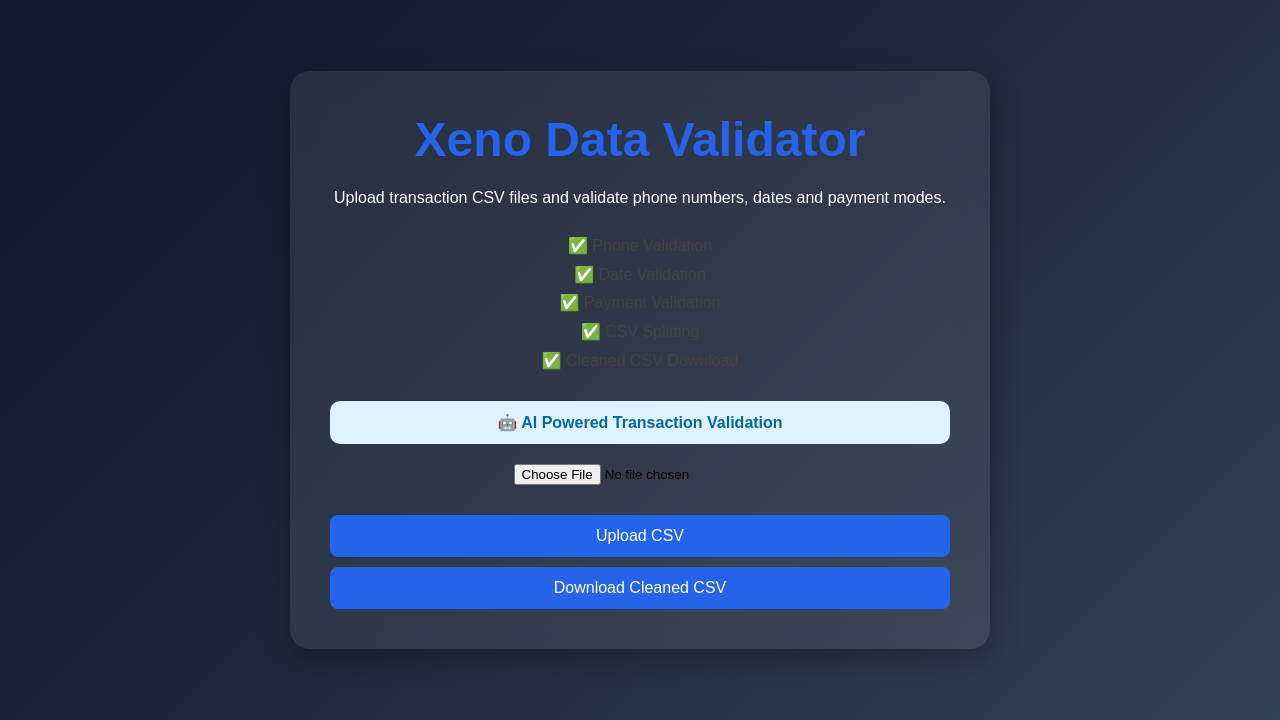
Repository: Aartigarg446/xeno-data-validator
Page: / (app in frontend/)
An editor plug-in stored every save of this project. The page is shown before and after the next save, followed by the edit.
The browser window is 1280 px wide. The pictures show the whole page.
The project was rebuilt for these pictures with package versions that can differ from the ones it lists, and the page was loaded fresh each time. Also part of the build but not shown: frontend/vite.config.js.

Above is the page before, as saved 2026-06-17 14:20:28.

### frontend/src/index.css
html,
body,
#root {
  width: 100%;
  min-height: 100vh;
  margin: 0;
  padding: 0;
}

### frontend/src/App.jsx
import { useState } from "react";
import axios from "axios";
import "./App.css";

function App() {
  const [file, setFile] = useState(null);
  const [message, setMessage] = useState("");
  const [stats, setStats] = useState({
  total: 0,
  valid: 0,
  invalid: 0,
});

const [records, setRecords] = useState([]);

  const uploadFile = async () => {
    if (!file) {
      alert("Please select a CSV file");
      return;
    }

    const formData = new FormData();
    formData.append("file", file);

    try {
   const response = await axios.post(
  "http://localhost:5000/upload",
  formData
);

const data = response.data.data;

setRecords(data);

const validCount = data.filter(
  (item) => item.overallStatus === "Valid"
).length;

setStats({
  total: data.length,
  valid: validCount,
  invalid: data.length - validCount,
});

setMessage("✅ CSV Processed Successfully");
    } catch (error) {
      console.log(error);
     setMessage("❌ Upload Failed");
    }
  };

  return (
    <div className="container">

      <div className="card">

        <h1>Xeno Data Validator</h1>

        <p>
          Upload transaction CSV files and validate
          phone numbers, dates and payment modes.
        </p>
<p className="features">
  ✅ Phone Validation <br />
  ✅ Date Validation <br />
  ✅ Payment Validation <br />
  ✅ CSV Splitting <br />
  ✅ Cleaned CSV Download
</p>
<div className="ai-badge">
  🤖 AI Powered Transaction Validation
</div>
        <input
          type="file"
          accept=".csv"
          onChange={(e) =>
            setFile(e.target.files[0])
          }
        />

        {file && (
  <p>
    Selected File: {file.name}
  </p>
)}
{message && (
  <p>{message}</p>
)}
{stats.total > 0 && (
<div className="stats-container">

  <div className="stat-card">
    <h3>Total</h3>
    <p>{stats.total}</p>
  </div>

  <div className="stat-card">
    <h3>Valid</h3>
    <p>{stats.valid}</p>
  </div>

  <div className="stat-card">
    <h3>Invalid</h3>
    <p>{stats.invalid}</p>
  </div>

</div>
)}
        <button onClick={uploadFile}>
          Upload CSV
        </button>

        <a
          href="http://localhost:5000/download"
          target="_blank"
        >
          <button>
            Download Cleaned CSV
          </button>
          {records.length > 0 && (

  <table className="result-table">

    <thead>
      <tr>
        <th>Order ID</th>
        <th>Phone</th>
        <th>Status</th>
      </tr>
    </thead>

    <tbody>

      {records.map((record, index) => (

        <tr key={index}>
          <td>{record.order_id}</td>
          <td>{record.phone}</td>
          <td>
            {record.overallStatus === "Valid"
              ? "✅ Valid"
              : "❌ Invalid"}
          </td>
        </tr>

      ))}

    </tbody>

  </table>

)}
        </a>

      </div>

    </div>
  );
}

export default App;

### frontend/src/App.css
* {
  margin: 0;
  padding: 0;
  box-sizing: border-box;
}

body {
  background: linear-gradient(
    135deg,
    #0f172a,
    #1e293b,
    #334155
  );
  font-family: Arial, sans-serif;
}

.container {
  min-height: 100vh;
  display: flex;
  justify-content: center;
  align-items: center;
}

.card {
  background: rgba(255,255,255,0.08);
  backdrop-filter: blur(15px);
  padding: 40px;
  border-radius: 20px;
  width: 700px;
  max-width: 90%;
  text-align: center;
  box-shadow: 0px 8px 30px rgba(0,0,0,0.3);
}

h1 {
  color: #2563eb;
  margin-bottom: 20px;
  font-size: 48px;
  line-height: 1.2;
}

p {
  color: white;
  margin-bottom: 25px;
}

input {
  margin-bottom: 20px;
}

button {
  width: 100%;
  padding: 12px;
  margin-top: 10px;
  border: none;
  border-radius: 8px;
  background: #2563eb;
  color: white;
  cursor: pointer;
  font-size: 16px;
}

button:hover {
  background: #1d4ed8;
}
.features {
  color: #444;
  margin-bottom: 25px;
  line-height: 1.8;
}
.stats-container {
  display: flex;
  justify-content: space-between;
  margin: 20px 0;
  gap: 10px;
}

.stat-card {
  flex: 1;
  background: #2563eb;
  color: white;
  padding: 15px;
  border-radius: 10px;
}

.stat-card h3 {
  margin-bottom: 5px;
}

.result-table {
  width: 100%;
  margin-top: 25px;
  border-collapse: collapse;
}

.result-table th,
.result-table td {
  border: 1px solid #ddd;
  padding: 10px;
}

.result-table th {
  background: #2563eb;
  color: white;
}
.ai-badge {
  background: #e0f2fe;
  color: #0369a1;
  padding: 12px;
  border-radius: 10px;
  margin: 20px 0;
  font-weight: bold;
}

Loaded but not shown: frontend/src/main.jsx (common file)

After the next save:
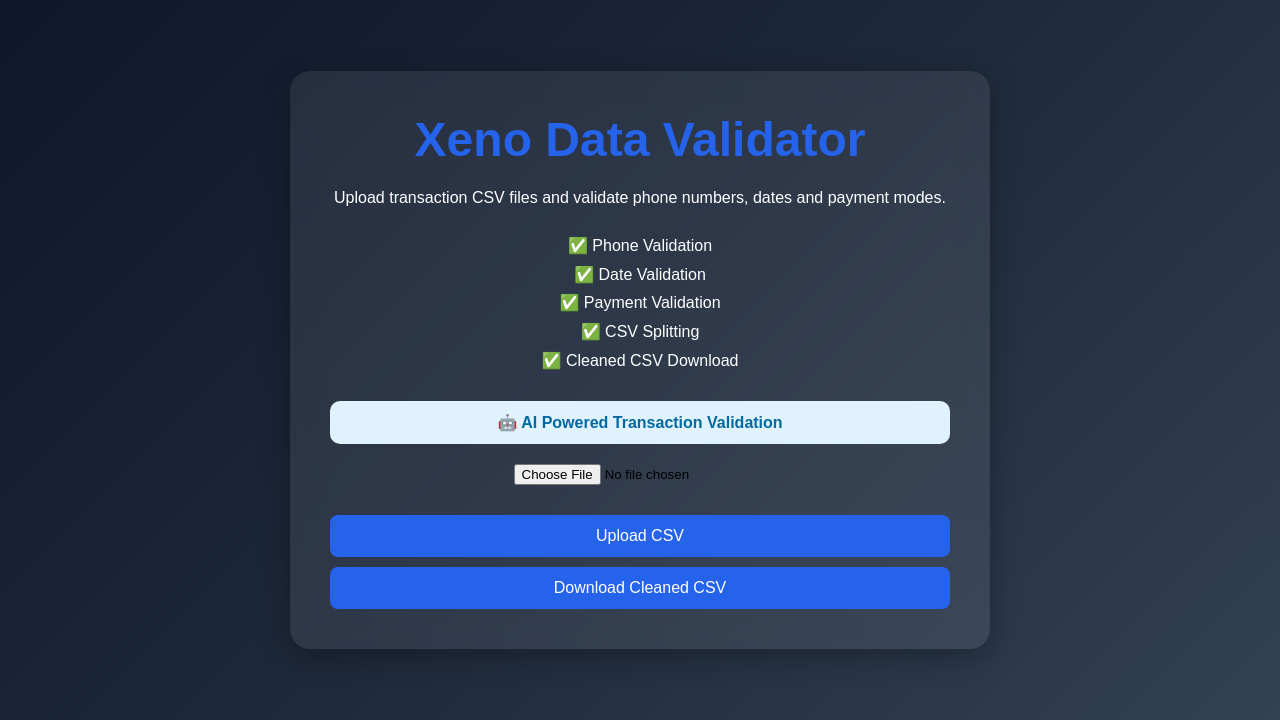
Saved 29 s later.
--- a/frontend/src/App.css
+++ b/frontend/src/App.css
@@ -64,7 +64,7 @@
   background: #1d4ed8;
 }
 .features {
-  color: #444;
+  color: white;
   margin-bottom: 25px;
   line-height: 1.8;
 }
